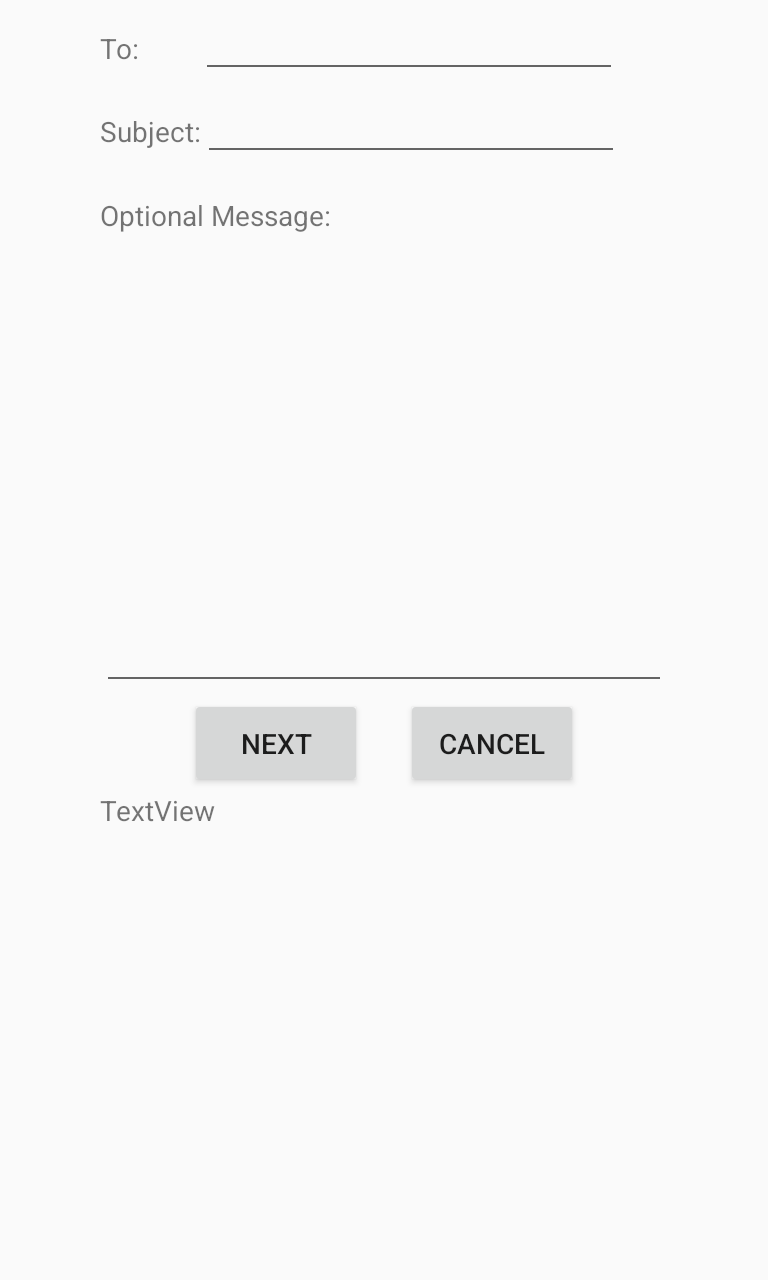
Repository: TeamZhao/Assignment-Tracker
Layout: AssignmentTracker/res/layout/activity_get_email_info.xml
These files come from the project's save history. The layout is drawn as it stood at one moment and after the next save; the edit follows.
It is drawn on a 768 x 1280 px phone screen (xhdpi) without system bars, with theme AppTheme; the app's code is not run.

Above is the layout before, as saved 2014-12-01 02:44:43.

After the next save:
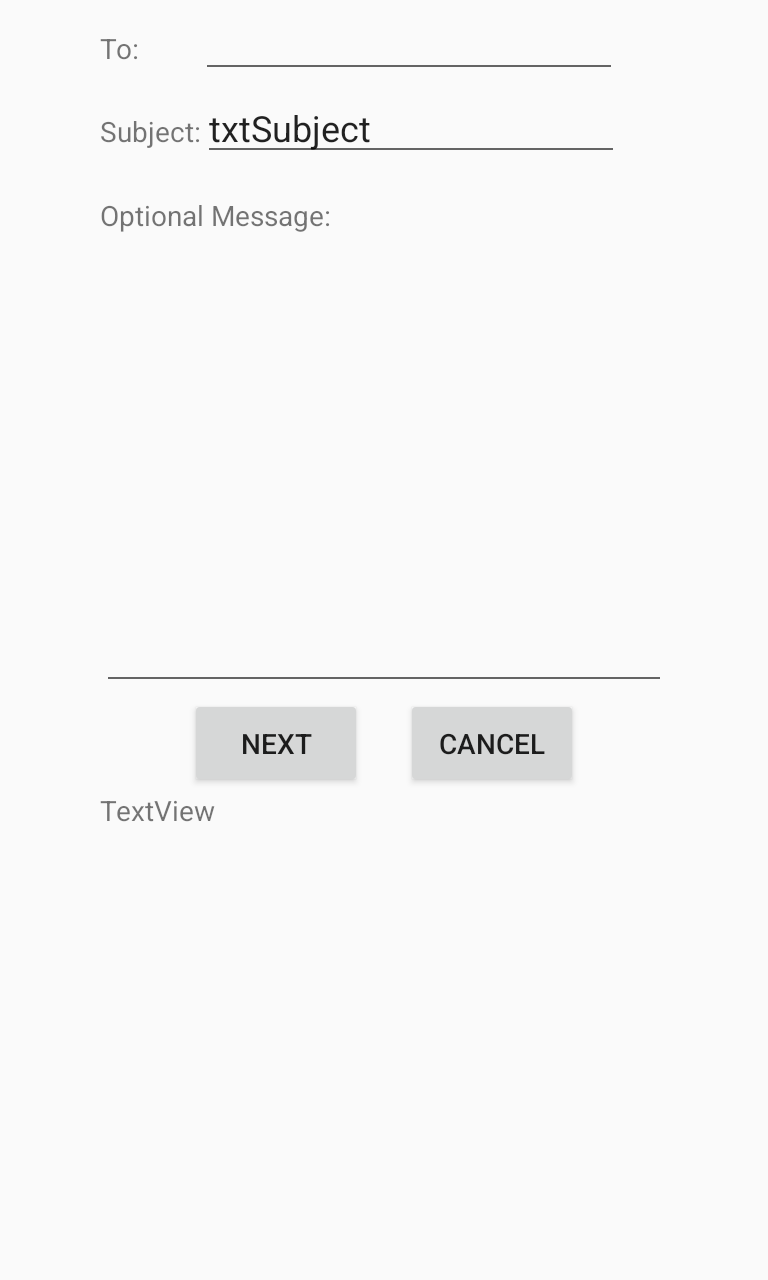
Saved 13 s later.
--- a/AssignmentTracker/res/layout/activity_get_email_info.xml
+++ b/AssignmentTracker/res/layout/activity_get_email_info.xml
@@ -41,7 +41,8 @@
             android:id="@+id/txtSubject"
             android:layout_width="wrap_content"
             android:layout_height="wrap_content"
-            android:ems="10" />
+            android:ems="10"
+            android:text="txtSubject" />
 
     </LinearLayout>
 
